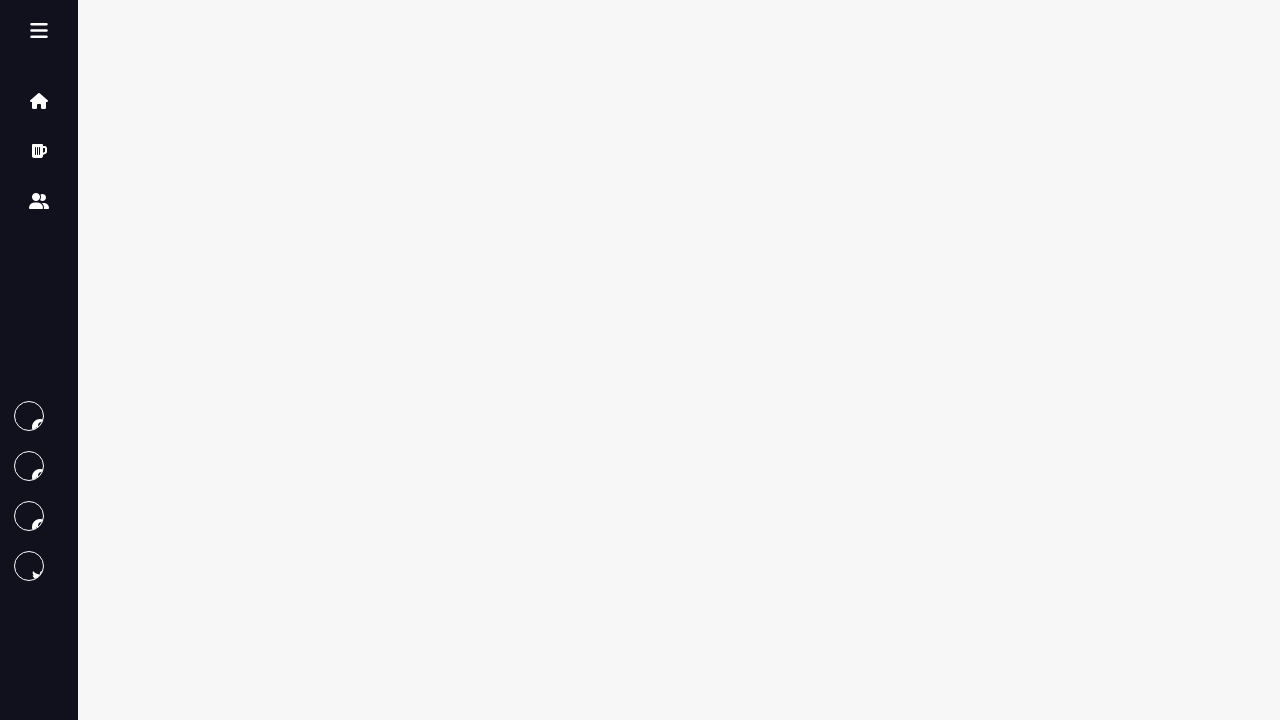
Repository: Nic98/MilkTeaWebsite
Page: mywebsite.html
These files come from the project's save history. The page is drawn as it stood at one moment and after the next save; the edit follows.
The browser window is 1280 px wide. The pictures show the whole page.
Some web libraries are served in a nearby version.

Above is the page before, as saved 2024-05-28 23:14:41.

### mywebsite.html
<!DOCTYPE html>
<html lang="en">
<head>
  <meta charset="UTF-8">
  <meta name="viewport" content="width=device-width, initial-scale=1.0">
  <link rel="stylesheet" href="mywebsite.css">
  <script src="https://kit.fontawesome.com/2dbcf482c2.js" crossorigin="anonymous"></script>
  <!-- <script src="/sidebar.js"></script> -->
  <title>ComeBuyBooze</title>

</head>
<body>

  <!-- sidebar implementation -->
  <div class="sidebar workspace--flexchild1">
    <div class="logo_content">
        <div class="logo">
            <dive class="logo_name"> ComeBuyBooze </dive>
            <i class="fas fa-bars" id="btn"></i>
        </div>
    </div>

    <ul class="nav_list">
        <li>
            <a href="#">
                <i class="fas fa-home"></i>
                <span class="links_name">ComeBack</span>
            </a>
            <span class = "tooltip">ComeBack</span>
        </li>

        <li>
            <a href="#">
              <i class="fa-solid fa-beer-mug-empty"></i>
                <span class="links_name">Boozz</span>
            </a>
            <span class = "tooltip">Boozz</span>
        </li>

        <li>
          <a href="#">
              <i class="fas fa-user-friends"></i>
              <span class="links_name">Contact us</span>
          </a>
          <span class = "tooltip">Contacts us</span>
      </li>
    </ul>

    <ul class="contact_list">
      <li>
        <a href="#">
          <i class="fa-brands fa-facebook"></i>
        </a>
      </li>
      <li>
        <a href="#">
          <i class="fa-brands fa-facebook"></i>
        </a>
      </li>
      <li>
        <a href="#">
          <i class="fa-brands fa-facebook"></i>
        </a>
      </li>
      <li>
        <a href="#">
          <i class="fa-brands fa-twitter"></i>
        </a>
      </li>
    </ul>



</div>














  <script>
    let btn = document.querySelector("#btn");
    let sidebar = document.querySelector(".sidebar");

    btn.onclick = function() {
        sidebar.classList.toggle("active");
    }
  </script>
</body>
</html>

### mywebsite.css
@import url('https://fonts.googleapis.com/css2?family=Poppins:wght@200;300;400;500;600;700&display=swap');

body{
    margin: 0;
    font-family: "Poppins", sans-serif;
}

.flexbox{
    display: flex;
}

.columnflex{
    display: flex;
    flex-direction: column;
    justify-content: center;
}

#btn{
    cursor: pointer;
}

.btn--line{
    border: solid;
    border-width: 1px;
    color: white;
    background: none;
    border-radius: 50px;
    padding: 10px;
    padding-left: 20px;
    padding-right:20px;
    font-size: 18px;
    cursor: pointer;
}

.btn--solid{
    border: solid;
    border-width: 1px;
    border-radius: 50px;
    padding: 10px;
    padding-left: 20px;
    padding-right: 20px;
    font-size: 18px;
    cursor: pointer;
}

.btn--noborder{
    border: none;
    background: none;
}

.font--title{
    font-size: 30px;
}

.font--bold{
    font-weight: bolder;
}

.font--largrsize{
    font-size: 18px;
}

.login--input{
    border: solid 1px gray;
    font-size: 14px;
    padding: 8px;
    padding-left: 14px;
    width: 100%;
    border-radius: 50px;
    margin-top: 20px;
    box-sizing: border-box;
    box-shadow: 1px 1px 1px gray;
}

.btn--solid>*{
    text-decoration: none;
    color: white;
}

.btn--solid>*:hover{
    color: white;
    transition-duration: 0.5s;
}

:root{
  --lightgray: #F7F7F7;
  --darkblue: #032444;
}

*{
  margin:0;
  padding:0;
  box-sizing: border-box;
}

body {
  background-color: #F7F7F7;
  position: relative;
  min-height: 100vh;
  width: 100%;
  overflow:hidden;
}

/* sidebar */

.nav_list {
  padding-inline-start: 0%;
  list-style-type: none;
}

.sidebar {
  height:100%;
  position:absolute;
  top:0;
  left:0;
  width:78px;
  background-color: #11101d;
  padding:6px 14px;
  transition: all 0.5s ease;
}

.sidebar.active{
  width:240px;
}

.sidebar .logo_content .logo {
  color: #fff;
  display: flex;
  height: 50px;
  width: 100%;
  align-items: center;
  transition: all 0.5s ease;

}

.logo_content .logo i {
  font-size: 28px;
  margin-right: 5px;
}

.logo_content .logo .logo_name {
  font-size: 20px;
  font-weight: 400;
}

.sidebar #btn {
  color: #fff;
  position:absolute;
  left: 50%;
  top:6px;
  font-size: 20px;
  height:50px;
  width:50px;
  text-align: center;
  line-height: 50px;
  transform: translateX(-50%);
}

.sidebar.active #btn{
  left: 90%;
}

.sidebar ul {
  margin-top: 20px;

}
.sidebar ul li {
  list-style: none;
  height: 50px;
  width:100%;
  position:relative;
  margin: 0 0px;
  line-height: 50px;
}

.sidebar ul li .tooltip{
  position: absolute;
  left:122px;
  top:10%;
  transform: translate(-50%, -50%);
  text-align: center;
  border-radius: 6px;
  height:35px;
  width:122px;
  background: #fff;
  line-height: 35px;
  box-shadow: 0 5px 10px rgba(0,0,0,0.2);
  transition:0s;
  opacity: 0;
  pointer-events: none;
  z-index: 3000 !important;
}

.sidebar.active ul li .tooltip {
  display:none;
}

.sidebar ul li:hover .tooltip{
  transition: all 0.5s ease;
  opacity: 1;
  top:50%;
  z-index: 3;
}

.sidebar .nav_list li a {
  color: #fff;
  display: flex;
  align-items: center;
  text-decoration: none;
  transition: all 0.4s ease;
  border-radius: 6px;
  height:100%;
  white-space: nowrap;
}

.sidebar .nav_list li a:hover {
  color: #11101d;
  background: #fff;
  padding: 5px;
}

.sidebar .nav_list li i {
  height:50px;
  min-width: 50px;
  border-radius: 12px;
  line-height: 50px;
  text-align: center;
}

.sidebar .links_name{
  opacity: 0;
  pointer-events: none;
  transition: all 0.5s ease;
}

.sidebar.active .links_name {
  opacity: 1;
  pointer-events: auto;
}

.sidebar .logo_name {
  opacity: 0;
  pointer-events: none;
}

.sidebar.active .logo_name {
  opacity: 1;
  pointer-events: auto;
}

/* contact list */

/* .contact_list .links_name{
  opacity: 0;
  pointer-events: none;
  transition: all 0.5s ease;
}

.contact_list.active .links_name {
  opacity: 1;
  pointer-events: auto;
} */


.contact_list {
  padding-top: 250%;
  position: relative;
  top: 30px;
  padding-inline-start: 0%;
  list-style-type: none;
}

.contact_list li i {
  height:50px;
  min-width: 50px;
  line-height: 50px;
  border-radius: 12px;
  text-align: center;
}

.contact_list li a:hover {
  color: #11101d;
  background: #fff;
  /* padding-left:12px; */
}

.contact_list li a {
  width: 30px;
  height: 30px;
  border-radius: 50%;
  color: #fff;
  text-align: center;
  overflow: hidden;
  position: relative;
  display:block;
  line-height: 0px;
  transition: all 0.4s ease;
  z-index: 1;
  border: 1px solid #fff;
}

.sidebar.active .contact_list li i {
  height:50px;
  min-width: 50px;
  border-radius: 12px;
  line-height: 50px;
  text-align: center;
}

.sidebar.active .contact_list li a:hover {
  color: #11101d;
  background: #fff;
}









































/* .home_content {

  position: absolute;
  height: 100%;
  width: calc(100% - 78px);
  left:78px;
  transition: all 0.5s ease;

}

.home_content .text {
  font-size: 25px;
  font-weight: 500;
  color: #1d1b31;
  margin:12px;
}

.sidebar.active ~ .home_content {
  width: calc(100% - 240px);
  left:240px
} */



/* header

.workspaceheader--container{
  width: 100%;
  height: 50px;
  background-color: white;
  justify-content: space-between;
  padding-left: 18px;
  padding-right: 18px;
  box-shadow: 3px 3px 3px lightgray;



}

.searchbar--container{
  height: inherit;
  width: 40%;
  flex-direction: column;
  justify-content:center;
}

.searchbar--container>*{
  margin: 0;
}

.seachbar{
  max-width: 400px;
  padding: 4px;
  padding-left: 18px;
  box-shadow: none;
  border: solid 1px var(--lightgray);
  background: #FBFBFB;
}

.settingbar--container>*+*{
  margin-left: 16px;
}

.profilepic{
  height: 44px;
  width: 44px;
  border: solid 1px lightgray;
  border-radius: 50%;

}

.fa-moon, .fa-cog, .fa-bell{
  font-size: large;
}

.font--headerrole{
  font-size: small;

}

.headerName{
  margin-left: 22px;
}

.headerrole--container{
  flex-direction: row-reverse;
  justify-content: center;
}

.headerrole--container>*{
  margin: 0 !important;
  color: black;
}

.content-container{

  max-height: 100%;
  padding: 20px;

  width: 100%;
  overflow-y: scroll !important;

}

.content-container>*{
  z-index: 0;
} */

After the next save:
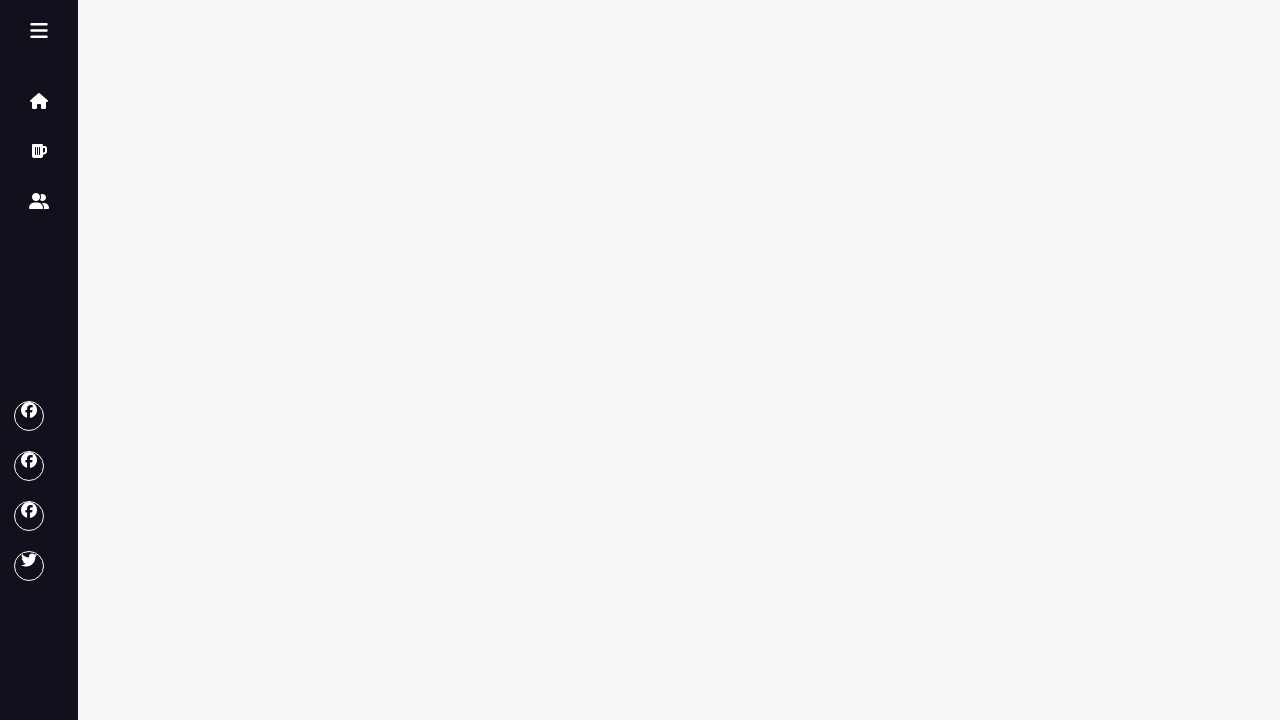
Saved 39 s later.
--- a/mywebsite.css
+++ b/mywebsite.css
@@ -271,11 +271,11 @@
 }
 
 .contact_list li i {
-  height:50px;
+  /* height:50px;
   min-width: 50px;
   line-height: 50px;
   border-radius: 12px;
-  text-align: center;
+  text-align: center; */
 }
 
 .contact_list li a:hover {

After the 2 saves that followed:
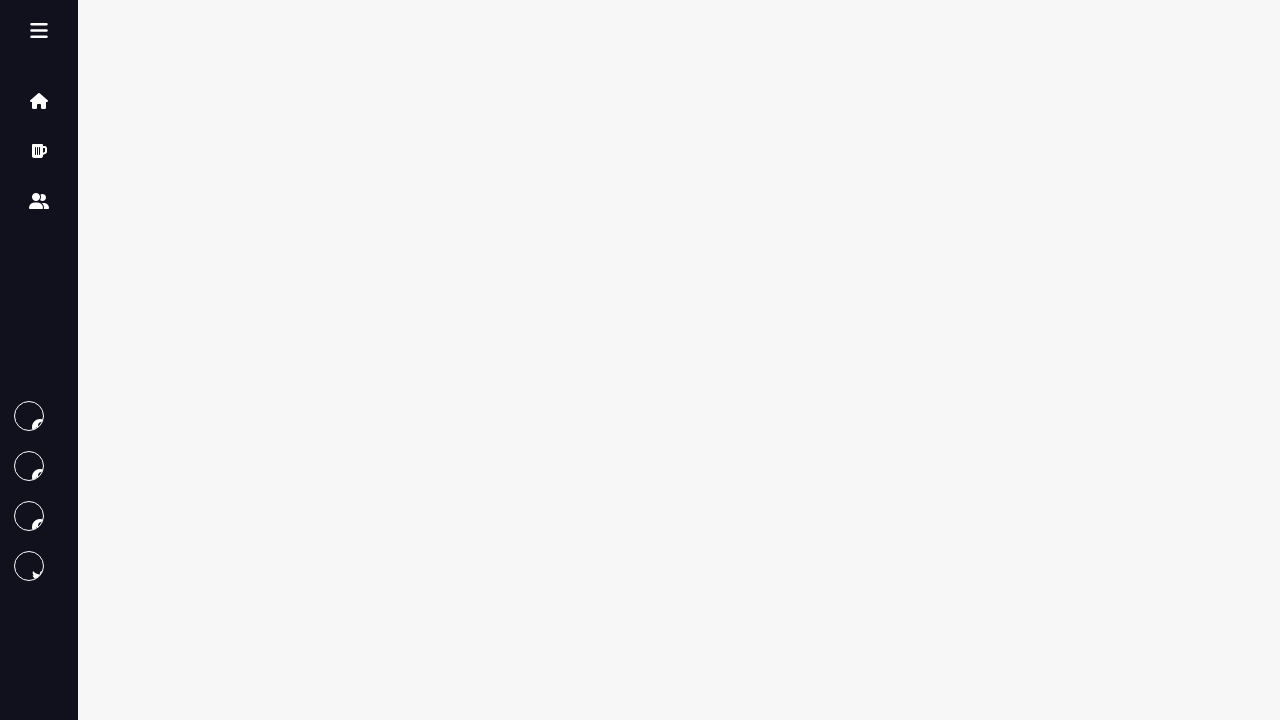
The 2 saves are shown as one change because they came seconds apart.
The last was saved 12 s later.
--- a/mywebsite.css
+++ b/mywebsite.css
@@ -271,11 +271,11 @@
 }
 
 .contact_list li i {
-  /* height:50px;
+  height:10px;
   min-width: 50px;
   line-height: 50px;
   border-radius: 12px;
-  text-align: center; */
+  text-align: center;
 }
 
 .contact_list li a:hover {
